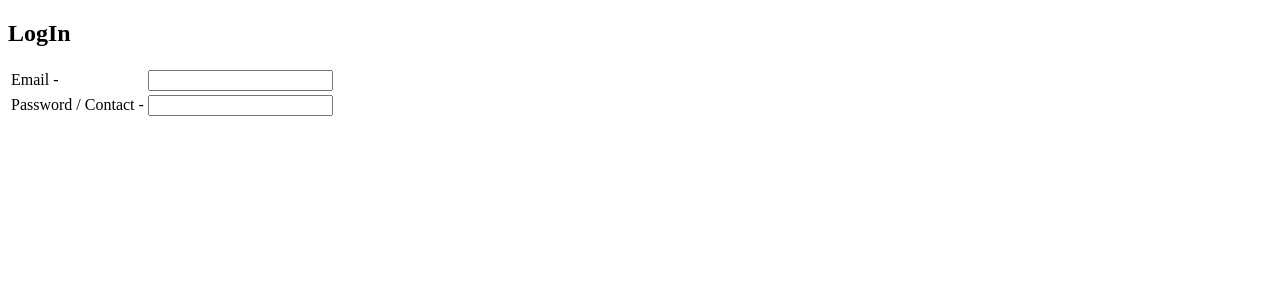
Repository: Krushna26nk/WebApplication
Page: http://localhost/Application/Login.jsp
The author's editor kept a copy of each file at every save. The page is drawn from the files as they stood at one save, then again after the next save.
The browser window is 1280 px wide. The pictures show the whole page.
The page is served by Tomcat 9.

Above is the page before, as saved 2019-05-31 09:31:35.

After the next save:
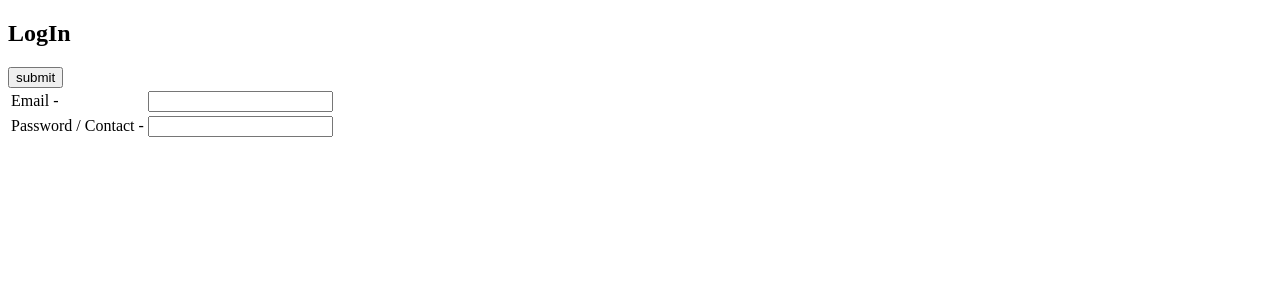
Saved 2 min 14 s later.
--- a/web/Application/WebContent/Login.jsp
+++ b/web/Application/WebContent/Login.jsp
@@ -22,6 +22,9 @@
 				<td> Password / Contact - </td>
 				<td> <input type="password" name="pass"> </td>
 			</tr>
+
+			<tr> <input type="submit" value="submit"> </tr>
+
 		</table>
 	</form>
 </div>
